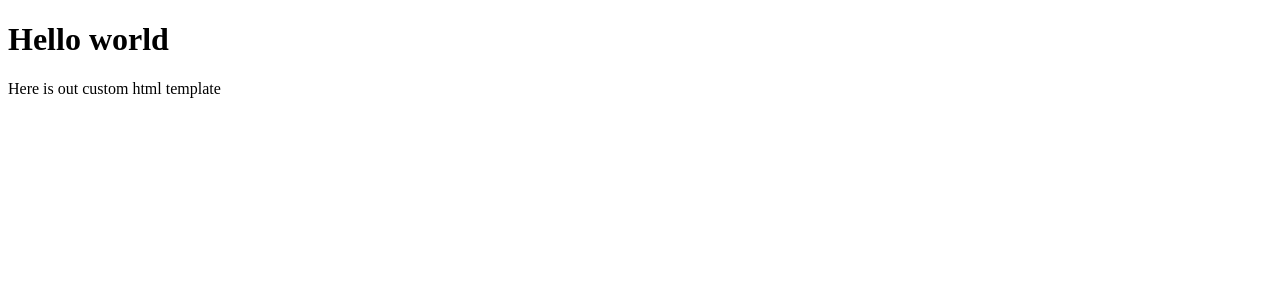
Repository: guidogr95/Django-CRM
Page: http://localhost/
An editor plug-in stored every save of this project. The page is shown before and after the next save, followed by the edit.
The browser window is 1280 px wide. The pictures show the whole page.
The page is served by the project's application, run on Django 3.2 (manage.py). Other server files are loaded and not shown.

Above is the page before, as saved 2021-06-27 12:45:58.

### leads/templates/leads/home_page.html
<!DOCTYPE html>
<html>
  <head>
    <meta charset="utf-8">
    <meta http-equiv="X-UA-Compatible" content="IE=edge">
    <title></title>
    <meta name="description" content="">
    <meta name="viewport" content="width=device-width, initial-scale=1">
    <link rel="stylesheet" href="">
  </head>
  <body>
    <h1>Hello world</h1>
    <p>Here is out custom html template</p>
  </body>
</html>

### leads/views.py
from django.shortcuts import render
from django.http import HttpResponse

def home_page(request):
  context = {
    'name': 'Guido',
    'age': 25
  }
  return render(request, "leads/home_page.html", context)

### djcrm/urls.py
from django.contrib import admin
from django.urls import path

from leads.views import home_page

urlpatterns = [
    path('admin/', admin.site.urls),
    # Add custom paths
    path('', home_page)
]

After the next save:
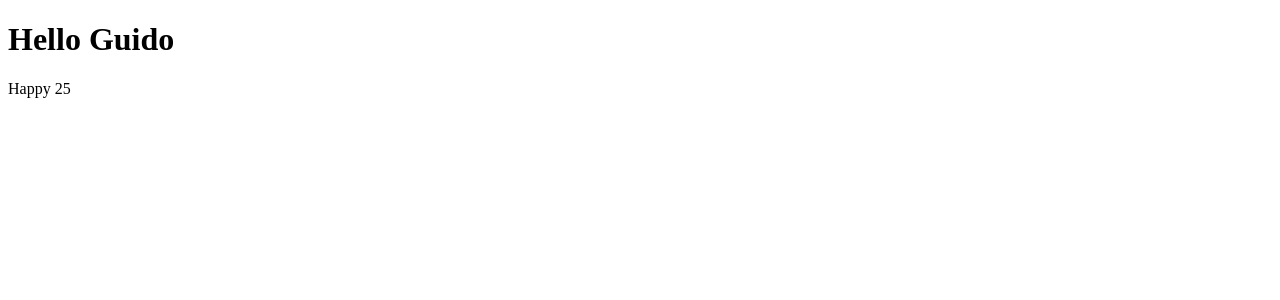
Saved 31 s later.
--- a/leads/templates/leads/home_page.html
+++ b/leads/templates/leads/home_page.html
@@ -9,7 +9,7 @@
     <link rel="stylesheet" href="">
   </head>
   <body>
-    <h1>Hello world</h1>
-    <p>Here is out custom html template</p>
+    <h1>Hello {{ name }}</h1>
+    <p>Happy {{ age }}</p>
   </body>
 </html>
